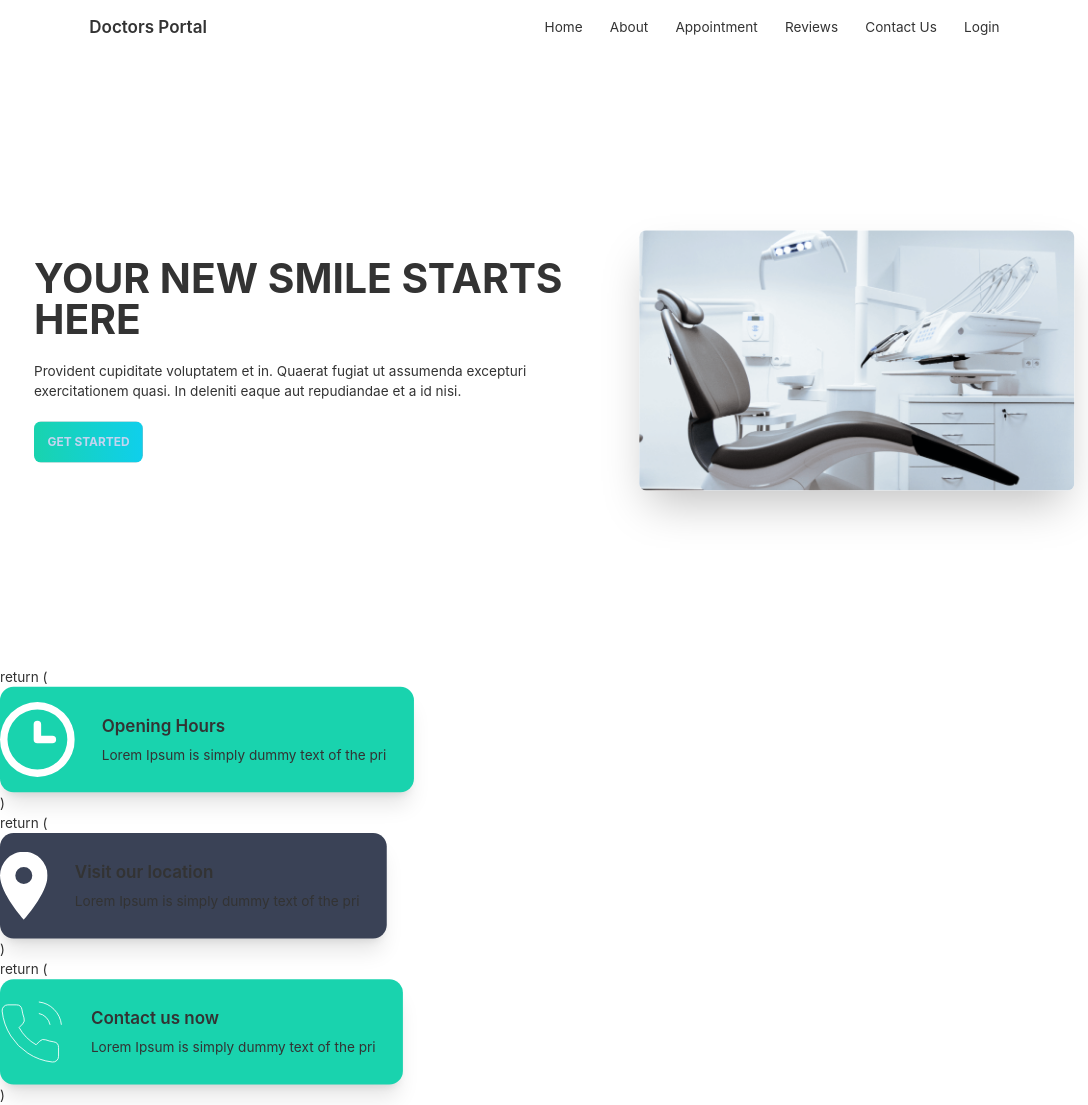
Repository: shikubro90/doctorsportal
Page: /
These files come from the project's save history. The page is drawn as it stood at one moment and after a run of saves; the edit follows.
The browser window is 1280 px wide. The pictures show the whole page, at 85% of full size.
The project was rebuilt for these pictures with package versions that can differ from the ones it lists, and the page was loaded fresh each time. Also part of the build but not shown: src/App.css, src/Pages/About/About.jsx.

Above is the page before, as saved 2022-09-28 16:53:22.

After the next 3 saves:
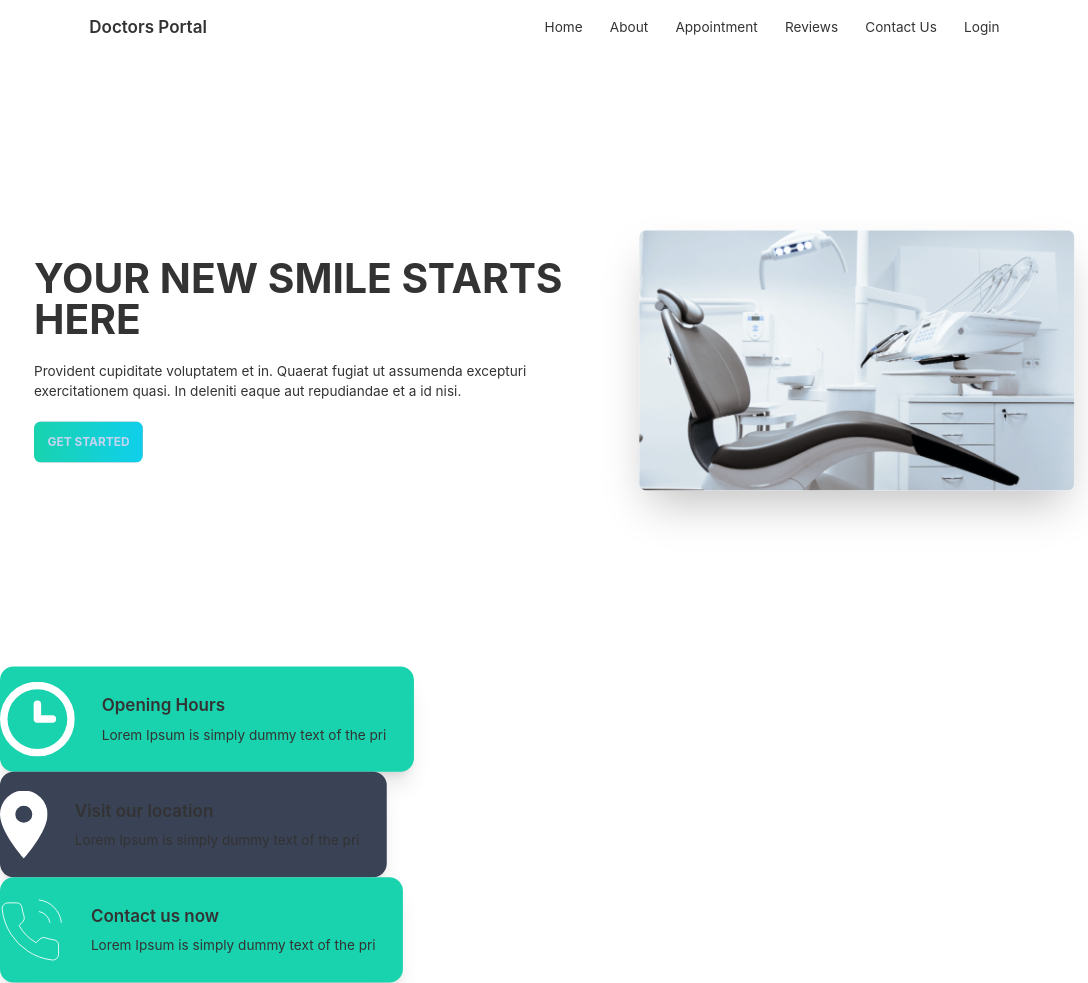
The 3 saves are shown as one change because they came seconds apart.
The last was saved 31 s later.
--- a/src/Pages/Home/MiniCard.jsx
+++ b/src/Pages/Home/MiniCard.jsx
@@ -1,25 +1,21 @@
-
-
 const MiniCard = (props) => {
-  const {id,icon,title,style,disc} = props;
+  const { id, icon, title, style, disc } = props
   return (
     <div>
-      return (
-          <div key={id} className="cardWrapper flex">
-            <div
-              className="card card-side bg-base-100 shadow-xl flex items-center justify-center"
-              style={style}
-            >
-              <div className="">
-                <img src={icon} alt="icon" />
-              </div>
-              <div className="card-body">
-                <h2 className="card-title">{title}</h2>
-                <p>{disc}</p>
-              </div>
-            </div>
+      <div key={id} className="cardWrapper flex">
+        <div
+          className="card card-side bg-base-100 shadow-xl flex items-center justify-center"
+          style={style}
+        >
+          <div className="">
+            <img src={icon} alt="icon" />
           </div>
-        )
+          <div className="card-body">
+            <h2 className="card-title">{title}</h2>
+            <p>{disc}</p>
+          </div>
+        </div>
+      </div>
     </div>
   )
 }
